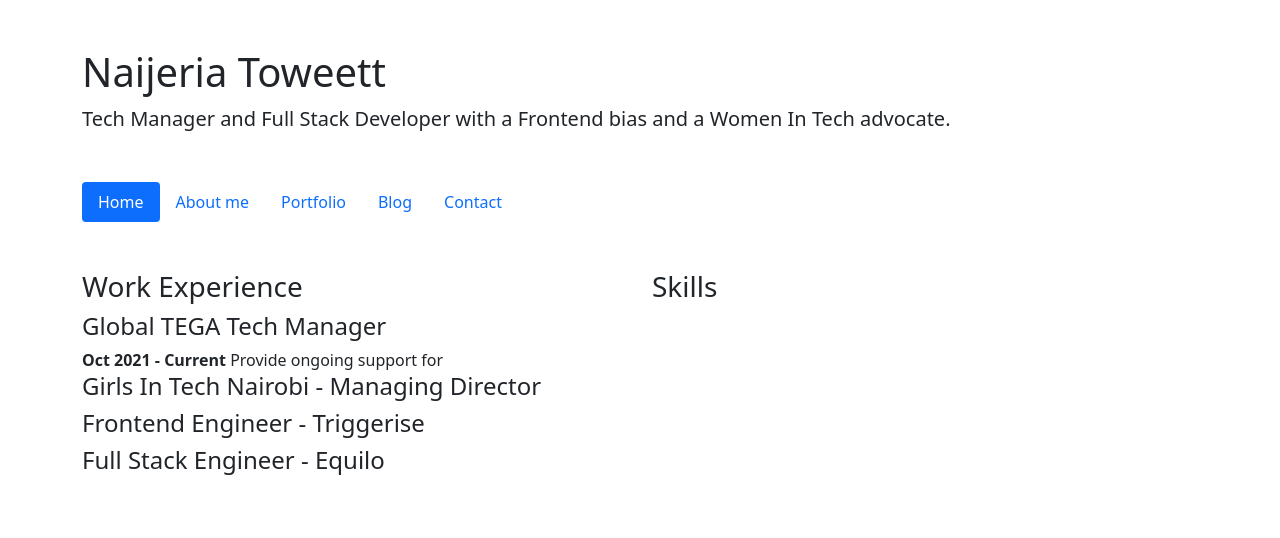
Repository: mamatechafrica/portfolio
Page: index.html
An editor plug-in stored every save of this project. The page is shown before and after the next save, followed by the edit.
The browser window is 1280 px wide. The pictures show the whole page.

Above is the page before, as saved 2022-01-04 14:03:39.

After the next save:
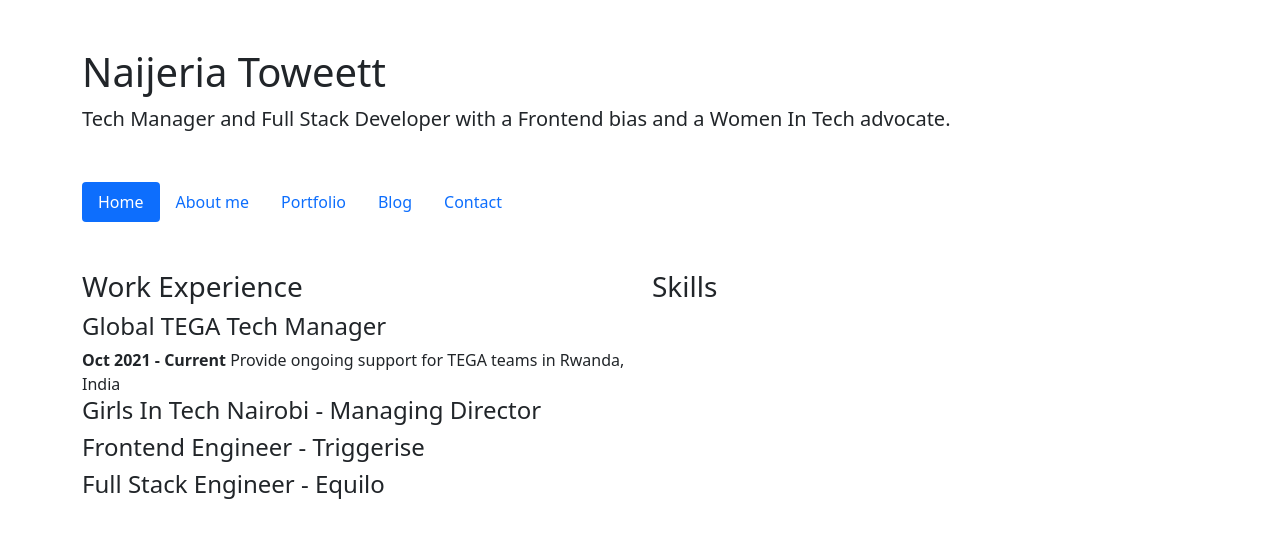
Saved 10 s later.
--- a/index.html
+++ b/index.html
@@ -46,7 +46,7 @@
                     <h3>Work Experience</h3>
                     <h4>Global TEGA Tech Manager</h4>
                     <strong>Oct 2021 - Current</strong>
-                    Provide ongoing support for
+                    Provide ongoing support for TEGA teams in Rwanda, India
                     <h4>Girls In Tech Nairobi - Managing Director</h4>
                     <h4>Frontend Engineer - Triggerise</h4>
                     <h4>Full Stack Engineer - Equilo</h4>
